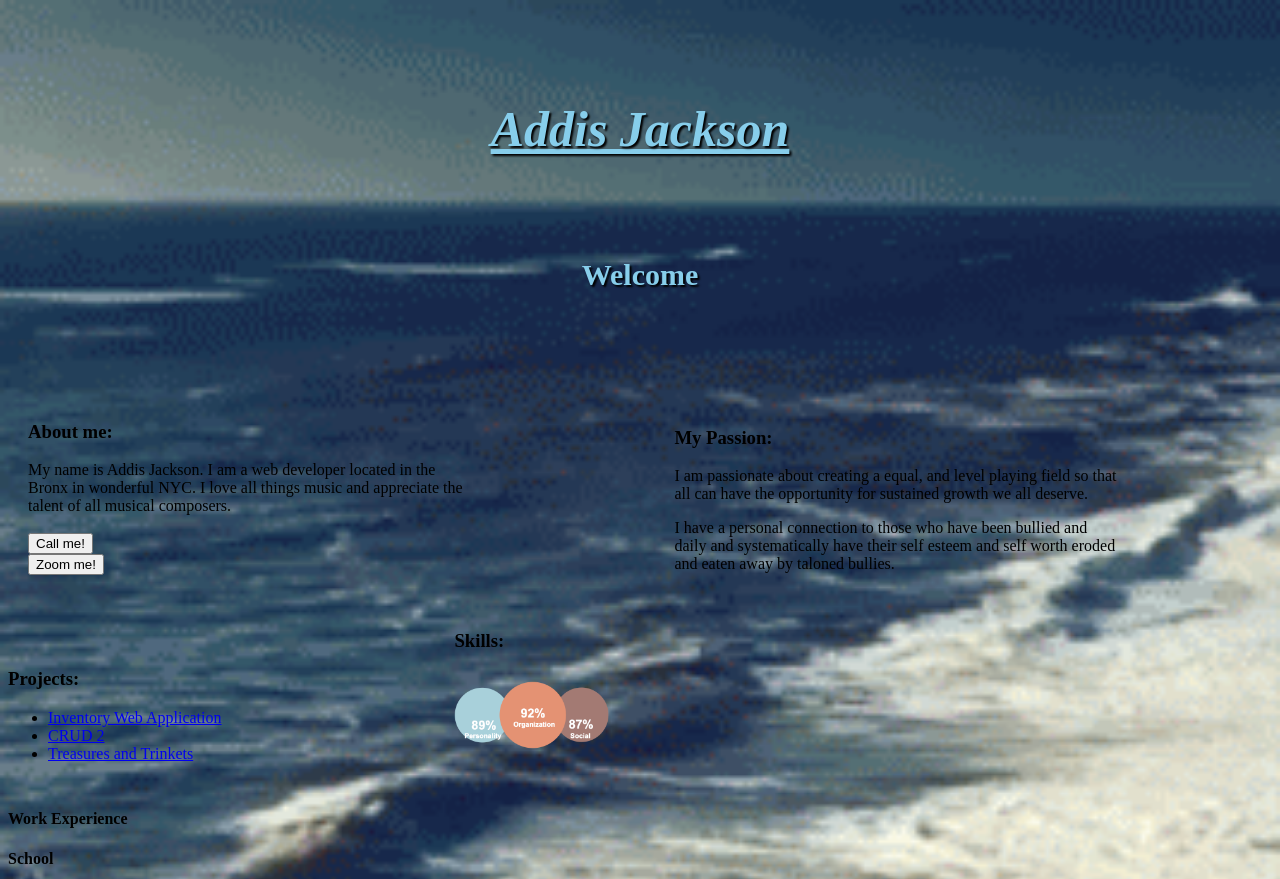
Repository: 10-2-pursuit/lab-design-assets
Page: index.html
These files come from the project's save history. The page is drawn as it stood at one moment and after the next save; the edit follows.
The browser window is 1280 px wide. The pictures show the part of the page from y = 0 to 879 px (the page is 1941 px tall).
A picture or video elsewhere on the page could not be fetched, so the positions and the page height are approximate.

Above is the page before, as saved 2023-07-16 06:34:40.

### index.html
<!DOCTYPE html>
<html lang="en">
  <head>
    <meta charset="UTF-8" />
    <meta http-equiv="X-UA-Compatible" content="IE=edge" />
    <meta name="viewport" content="width=device-width, initial-scale=1.0" />
    <link rel="stylesheet" href="style.css" />
    <title>MY PORTFOLIO</title>
  </head>
  <body>
    <header>
      <h1>Addis Jackson</h1>
    </header>
    <main>
      <section>
        <h2>Welcome</h2>
        <article for="about" class="about">
          <h3>About me:</h3>
          <p>
            My name is Addis Jackson.
            I am a web developer located in the Bronx in wonderful NYC.
            I love all things music and appreciate the talent of all musical composers.
            <br>
            <br>
            <button for="callMe">Call me!</button>
            <br>
            <button for="zoomMe" href=""https://us06web.zoom.us/j/7717484238">Zoom me!</button>
          </p>
        </article>
        <article for="passion" class="passion">
          <h3>My Passion:</h3>
          <p>I am passionate about creating a equal, and level playing field so that all can have the opportunity for sustained growth we all deserve.</p>
          <p>I have a personal connection to those who have been bullied and daily and systematically have their self esteem and self worth eroded and eaten away by taloned bullies.</p>

        </article>
      </section>
      <section>
        <article class="projects">
          <h3>Projects:</h3>
          <ul>
            <!-- TO DO LINK TO THE THREE LABS OR PROJECTS YOU ARE MOST PROUD OF SO FAR -->
            <li><a href="https://github.com/addisjackson/inventory-web-application">Inventory Web Application</a></li>
            <li><a href="https://github.com/addisjackson/crud2">CRUD 2</a></li>
            <li><a href="https://github.com/addisjackson/Treasures-and-Trinkets-Project-AddisJackson">Treasures and Trinkets</a></li>
          </ul>
        </article>
        <article class="skills">
        <h3>Skills:</h3>
          <img src="./assets/Pasted Graphic 1.png" alt="Skills section"></img>
        </article>
      </section>
    </main>
    <aside>
      <h4>Work Experience</h4>
      <!-- add whatever details you want here -->
      <h4>School</h4>
      <!-- add whatever details you want here -->
    </aside>
    <footer>
      <ul>
        <li>
          <!-- TO DO UPDATE LINKS TO GO TO YOUR PROFILES/EMAIL -->
          <a href="https://www.linkedin.com/addisjackson"
            ><img src="./assets/LinkedIn-Logos/LI-Logo.png" alt=""
          /></a>
        </li>
        <li>
          <a href="https://github.com/addisjackson"
            ><img src="./assets/github-mark/github-mark.png" alt=""
          /></a>
        </li>
        <li>
          <a href="mailto:addisjackson@pursuit.org"
            ><img src="./assets/email-g8e9fd44a3_640.png" alt="Email me"
          /></a>
        </li>
      </ul>
    </footer>
  </body>
</html>

### style.css
body {
    background-image: url("./assets/waves-beach.gif");
    background-repeat: no-repeat;
    background-size: cover;
}

h1 {
    font-size: 50px;
    color: skyblue;
    text-align: center;
    margin-top: 100px;
    margin-bottom: 100px;
    text-shadow: 2px 2px 2px black;
    font-weight: bold;
    font-family: Calibri Light, Calibri,;
    font-style: italic;
    text-decoration: underline;
}

h2 {
    font-size: 30px;
    color: skyblue;
    text-align: center;
    margin-top: 100px;
    margin-bottom: 100px;
    text-shadow: 2px 2px 2px black;
    font-weight: bold;
    font-family: fantasy;
}

article {
    display: inline-block;
}

.about {
    text-align: left;
    margin-top: 10px;
    margin-bottom: 10px;
    margin-left: 20px;
    margin-right: 200px;
    width: 35%
}

.about p {
    word-wrap: width ;
}
.passion p {
    word-wrap: width ;
}

.passion {
    text-align: left;
    margin-top: 10px;
    margin-bottom: 10px;
    margin-right: 20px;
    width: 35%
}

.projects .skills {
    display: inline-block;
}

.projects {
    text-align: left;
    margin-top: 10px;
    margin-bottom: 10px;
    margin-right: 1opx;
    width: 35%;
}

.skills {
    text-align: left;
    margin-top: 10px;
    margin-bottom: 10px;
    margin-right: 20px;
    width: 35%;
}

Img {
    margin-left: auto;
    margin-right: auto;
    width: 35%;
    height: auto;
    margin-top: 10px;
    margin-bottom: 10px;
    margin-right: 20px;
}

footer, img {
    margin-left: auto;
    margin-right: auto;
    height: 25%;
}

After the next save:
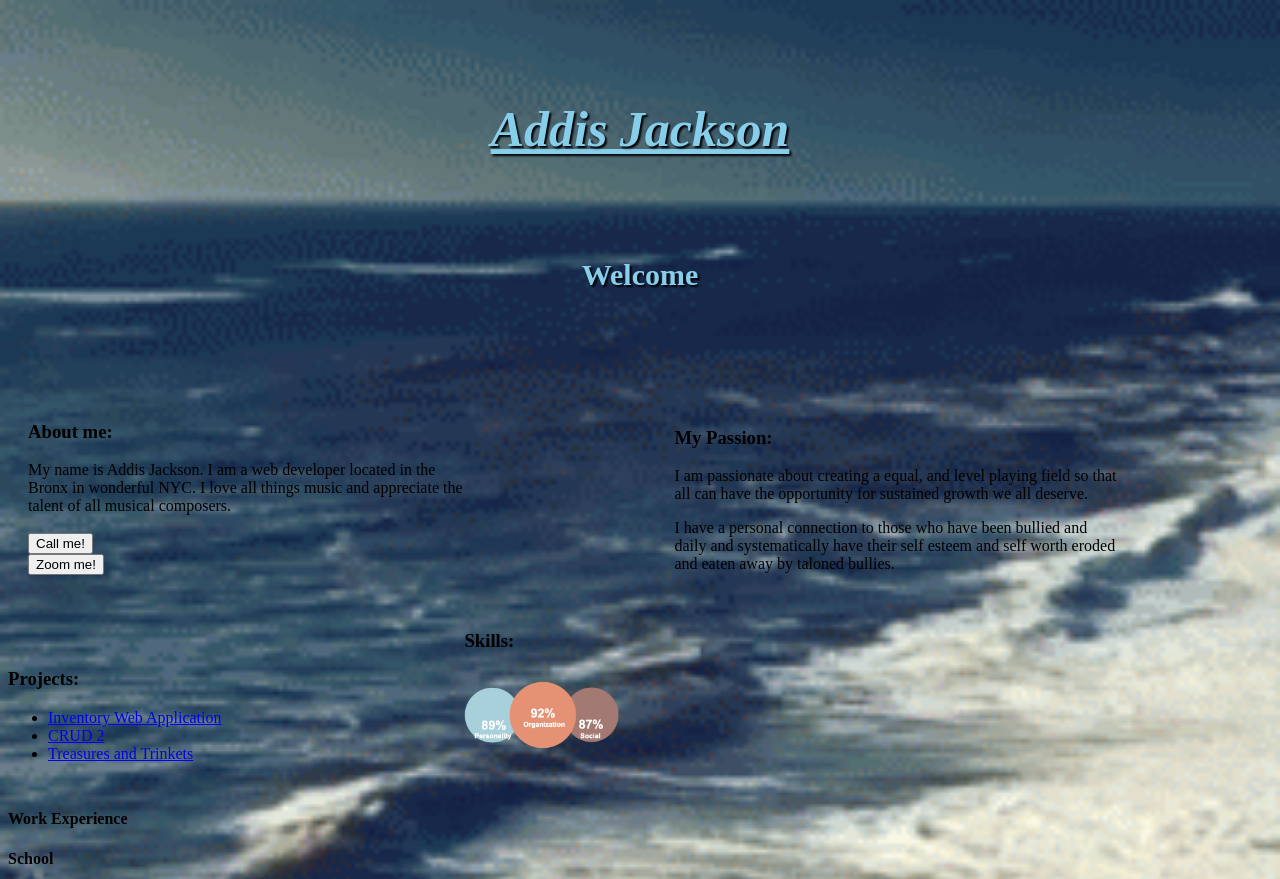
Saved 29 s later.
--- a/style.css
+++ b/style.css
@@ -64,7 +64,7 @@ article {
     text-align: left;
     margin-top: 10px;
     margin-bottom: 10px;
-    margin-right: 1opx;
+    margin-right: 10px;
     width: 35%;
 }
 
